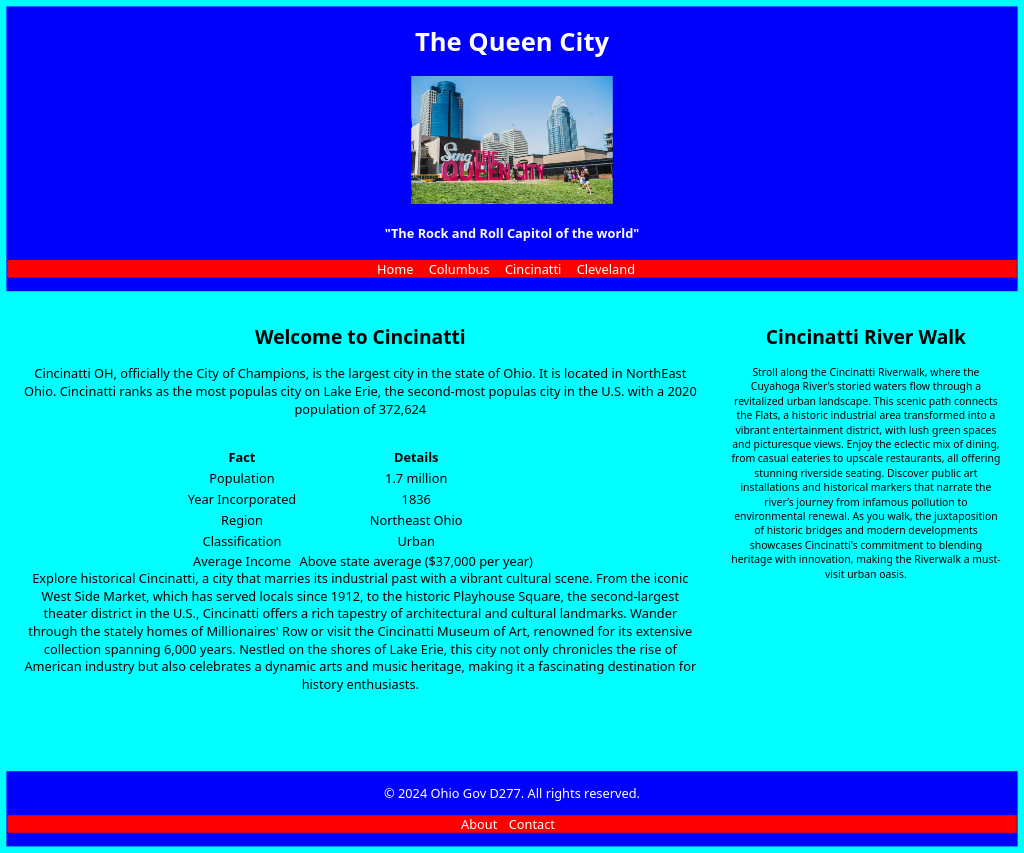
Repository: MikeeBuilds/FEWD-task1
Page: cincinatti.html
The author's editor kept a copy of each file at every save. The page is drawn from the files as they stood at one save, then again after the next save.
The browser window is 1280 px wide. The pictures show the whole page, at 80% of full size.

Above is the page before, as saved 2024-07-02 17:22:12.

### cincinatti.html

<!DOCTYPE html>
<html lang="en">

<head>
    <title>Cincinatti</title>
    <link rel="stylesheet" href="style.css">
</head>

<body>

    <header>
        <h1>The Queen City</h1>
        <img src="images/cincinatti.png" alt="cincinatti" id="cincinatti">
        <h4>"The Rock and Roll Capitol of the world"</h4>
        <nav>
            <ul>
                <li><a href="index.html">Home</a></li>
                <li><a href="columbus.html">Columbus</a></li>
                <li><a href="cincinatti.html">Cincinatti</a></li>
                <li><a href="Cleveland.html">Cleveland</a></li>
            </ul>
        </nav>
    </header>

    <section>
        <h2>Welcome to Cincinatti</h2>
        <p>
            Cincinatti OH, officially the City of Champions, is the largest city in the state of Ohio. It is located in NorthEast Ohio. Cincinatti ranks as the most populas city on Lake Erie, the second-most populas city in the U.S. with a 2020 population of 372,624
        </p>

        <table id="table">
            <tr>
                <th>Fact</th>
                <th>Details</th>
            </tr>
            <tr>
                <td>Population</td>
                <td>1.7 million</td>
            </tr>
            <tr>
                <td>Year Incorporated</td>
                <td>1836</td>
            </tr>
            <tr>
                <td>Region</td>
                <td>Northeast Ohio</td>
            </tr>
            <tr>
                <td>Classification</td>
                <td>Urban</td>
            </tr>
            <tr>
                <td>Average Income</td>
                <td>Above state average ($37,000 per year)</td>
            </tr>
        </table>

        <p>
            Explore historical Cincinatti, a city that marries its industrial past with a vibrant cultural scene. From the iconic West Side Market, which has served locals since 1912, to the historic Playhouse Square, the second-largest theater district in the U.S., Cincinatti offers a rich tapestry of architectural and cultural landmarks. Wander through the stately homes of Millionaires' Row or visit the Cincinatti Museum of Art, renowned for its extensive collection spanning 6,000 years. Nestled on the shores of Lake Erie, this city not only chronicles the rise of American industry but also celebrates a dynamic arts and music heritage, making it a fascinating destination for history enthusiasts.
        </p>
    </section>

    <aside>
        <h2>Cincinatti River Walk</h2>
        <p class="asideparagraph">
            Stroll along the Cincinatti Riverwalk, where the Cuyahoga River’s storied waters flow through a revitalized urban landscape. This scenic path connects the Flats, a historic industrial area transformed into a vibrant entertainment district, with lush green spaces and picturesque views. Enjoy the eclectic mix of dining, from casual eateries to upscale restaurants, all offering stunning riverside seating. Discover public art installations and historical markers that narrate the river’s journey from infamous pollution to environmental renewal. As you walk, the juxtaposition of historic bridges and modern developments showcases Cincinatti's commitment to blending heritage with innovation, making the Riverwalk a must-visit urban oasis.
        </p>
    </aside>

    <footer>
        <p>&copy; 2024 Ohio Gov D277. All rights reserved.</p>
        <nav>
            <ul>
                <li><a href="about.html">About</a></li>
                <li><a href="contact.html">Contact</a></li>
            </ul>
        </nav>
    </footer>

</body>

</html>

### style.css
body {
    background-color: aqua;
    font-family:system-ui, -apple-system, BlinkMacSystemFont, 'Segoe UI', Roboto, Oxygen, Ubuntu, Cantarell, 'Open Sans', 'Helvetica Neue', sans-serif;
}

header {
    clear: both;
    background-color: blue;
    color: white;
    padding: 1px;
    text-align: center;
}

nav {
    background-color: red;
    color: white;
}

nav ul {
    list-style: none;
    padding: 0;
}

nav ul li {
    display: inline-block;
    margin-right: 15px;
}

nav ul li a {
    text-decoration: none;
    color: white;
}

nav ul li a:hover {
    color: red;
    background-color: blue;
}

section {
    width: 70%;
    float: left;
    padding: 20px;
    box-sizing: border-box;
    text-align: center;
    height:600px;
    overflow-y: auto;
}


aside {
    width: 30%;
    float: left;
    padding: 20px;
    box-sizing: border-box;
    text-align: center;
    height: 600px;
    overflow-y: auto;
}

footer {
    clear: both;
    background-color: blue;
    color: white;
    padding: 1px;
    text-align: center;
}

footer nav ul {
    list-style: none;
}

footer nav ul li {
    display: inline-block;
    margin-right: 10px;
}

footer nav ul li a {
    text-decoration: none;
    color: white;
}

#table {
    position:relative;
    top: 20px;
    margin: 0px auto;
}

.asideparagraph {
   font-size: small;
}

.absolute-note {
    position: absolute;
    top: 10px;
    left: 10px;
    background-color: red;
    padding: 5px;
    border: 1px solid black;
}

main {
    width: 70%;
    margin: 0 auto;
    text-align: center;
}

form label {
    display: block;
    margin-top: 10px;
}
form input, form textarea {
    display: block;
    width: 100%;
    padding: 8px;
    margin-top: 5px;
}
form input[type="submit"] {
    width: auto;
    margin-top: 20px;
}

#ohioicon {
    width: 10%;
    height: auto;
}

#sciotomile{
    width: 20%;
    height: auto;
}

#cincinatti{
    width: 20%;
    height: auto;
}

#cleveland{
    width: 20%;
    height: auto;
}

After the next save:
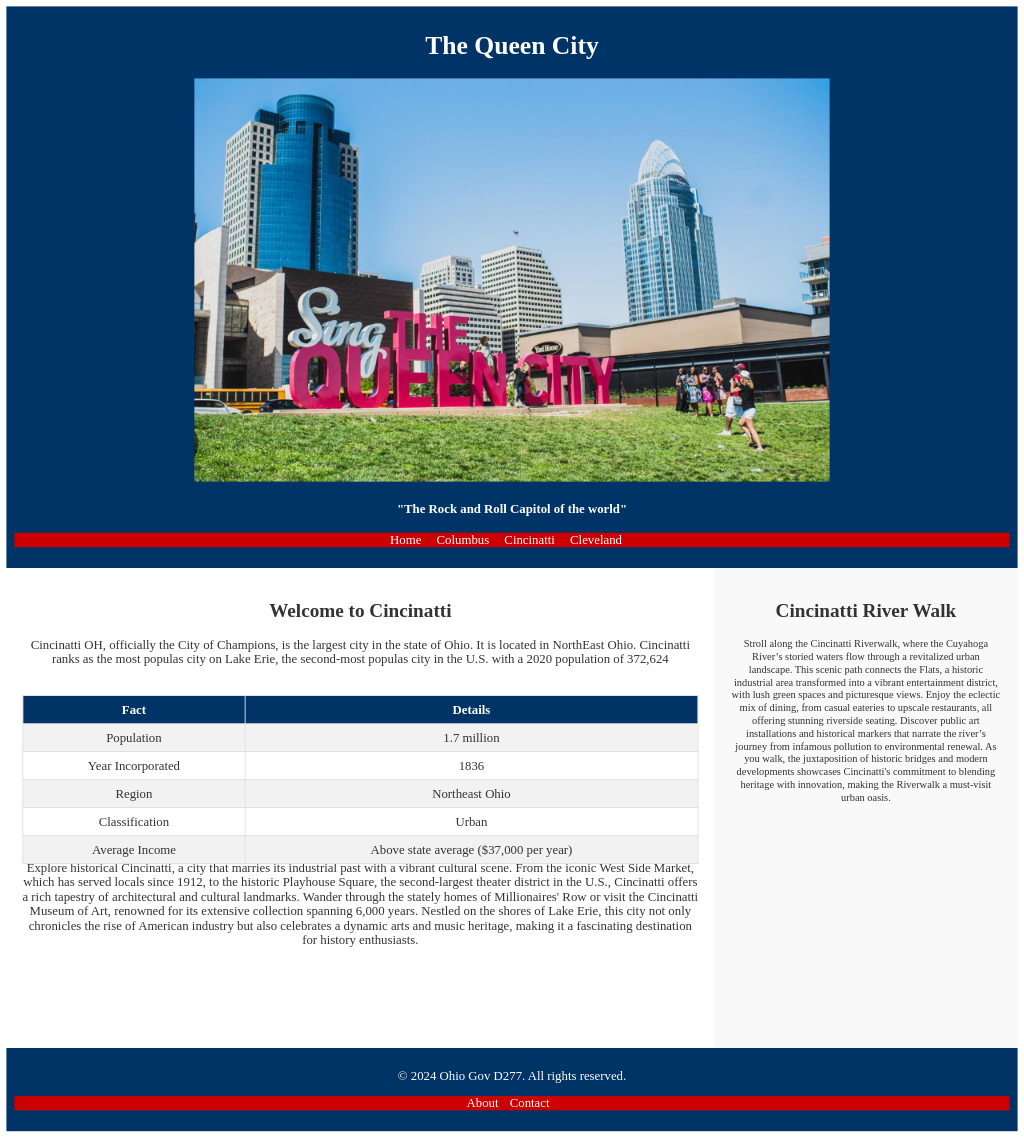
Saved 78 s later.
--- a/style.css
+++ b/style.css
@@ -1,18 +1,21 @@
+To better fit Ohio, we'll use colors commonly associated with the state. Ohio's flag features red, white, and blue. Here is the updated CSS:
+
+```css
 body {
-    background-color: aqua;
-    font-family:system-ui, -apple-system, BlinkMacSystemFont, 'Segoe UI', Roboto, Oxygen, Ubuntu, Cantarell, 'Open Sans', 'Helvetica Neue', sans-serif;
+    background-color: #f0f0f0; /* Light gray background for better readability */
+    font-family: system-ui, -apple-system, BlinkMacSystemFont, 'Segoe UI', Roboto, Oxygen, Ubuntu, Cantarell, 'Open Sans', 'Helvetica Neue', sans-serif;
 }
 
 header {
     clear: both;
-    background-color: blue;
+    background-color: #003366; /* Dark blue */
     color: white;
-    padding: 1px;
+    padding: 10px;
     text-align: center;
 }
 
 nav {
-    background-color: red;
+    background-color: #CC0000; /* Red */
     color: white;
 }
 
@@ -32,8 +35,8 @@ nav ul li a {
 }
 
 nav ul li a:hover {
-    color: red;
-    background-color: blue;
+    color: #CC0000; /* Red */
+    background-color: #003366; /* Dark blue */
 }
 
 section {
@@ -42,10 +45,11 @@ section {
     padding: 20px;
     box-sizing: border-box;
     text-align: center;
-    height:600px;
+    height: 600px;
     overflow-y: auto;
+    background-color: white; /* White background for sections */
+    color: #333; /* Dark text color for readability */
 }
-
 
 aside {
     width: 30%;
@@ -55,18 +59,21 @@ aside {
     text-align: center;
     height: 600px;
     overflow-y: auto;
+    background-color: #f9f9f9; /* Light gray for aside */
+    color: #333; /* Dark text color for readability */
 }
 
 footer {
     clear: both;
-    background-color: blue;
+    background-color: #003366; /* Dark blue */
     color: white;
-    padding: 1px;
+    padding: 10px;
     text-align: center;
 }
 
 footer nav ul {
     list-style: none;
+    padding: 0;
 }
 
 footer nav ul li {
@@ -79,23 +86,49 @@ footer nav ul li a {
     color: white;
 }
 
+footer nav ul li a:hover {
+    color: #CC0000; /* Red */
+    background-color: #003366; /* Dark blue */
+}
+
 #table {
-    position:relative;
+    position: relative;
     top: 20px;
-    margin: 0px auto;
+    margin: 0 auto;
+    border-collapse: collapse; /* Better table appearance */
+    width: 100%;
+}
+
+#table th, #table td {
+    border: 1px solid #ddd;
+    padding: 8px;
+}
+
+#table th {
+    background-color: #003366; /* Dark blue for table headers */
+    color: white;
+}
+
+#table tr:nth-child(even) {
+    background-color: #f2f2f2; /* Light gray for alternate rows */
+}
+
+#table tr:hover {
+    background-color: #ddd; /* Hover effect for table rows */
 }
 
 .asideparagraph {
-   font-size: small;
+    font-size: small;
 }
 
 .absolute-note {
     position: absolute;
     top: 10px;
     left: 10px;
-    background-color: red;
+    background-color: #CC0000; /* Red */
     padding: 5px;
     border: 1px solid black;
+    color: white;
 }
 
 main {
@@ -113,10 +146,23 @@ form input, form textarea {
     width: 100%;
     padding: 8px;
     margin-top: 5px;
+    border: 1px solid #ccc; /* Border for input elements */
+    border-radius: 4px; /* Rounded corners for input elements */
+    box-sizing: border-box;
 }
 form input[type="submit"] {
     width: auto;
     margin-top: 20px;
+    background-color: #003366; /* Dark blue for submit button */
+    color: white;
+    border: none;
+    border-radius: 4px;
+    padding: 10px 20px;
+    cursor: pointer;
+}
+
+form input[type="submit"]:hover {
+    background-color: #CC0000; /* Red on hover */
 }
 
 #ohioicon {
@@ -124,17 +170,22 @@ form input[type="submit"] {
     height: auto;
 }
 
-#sciotomile{
+#sciotomile {
     width: 20%;
     height: auto;
 }
 
-#cincinatti{
+#cincinnati {
     width: 20%;
     height: auto;
 }
 
-#cleveland{
+#cleveland {
     width: 20%;
     height: auto;
 }
+```
+
+**Next steps:**
+**a.** Load the HTML file in a browser to see the updated colors and layout.
+**b.** Adjust any images or content as needed to match the new color scheme.
